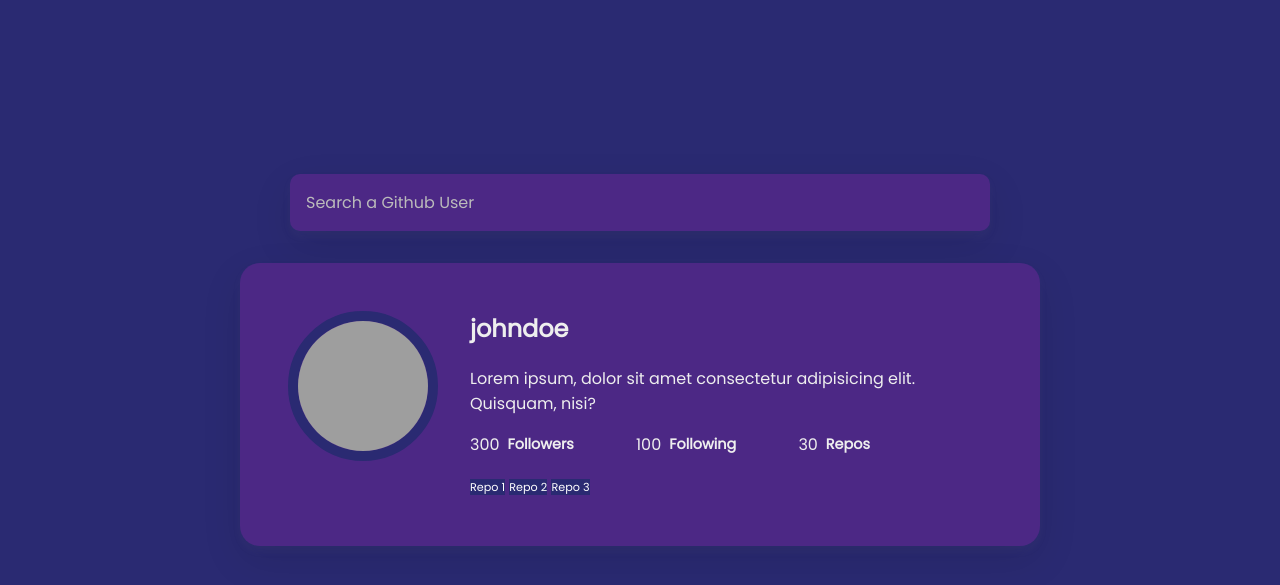
Repository: eagle-tex/50-projects-BT
Page: 28-github-profiles/index.html
The author's editor kept a copy of each file at every save. The page is drawn from the files as they stood at one save, then again after the next save.
The browser window is 1280 px wide. The pictures show the whole page.
Pictures or frames that could not be fetched are drawn as grey boxes.

Above is the page before, as saved 2021-01-23 11:10:09.

After the next save:
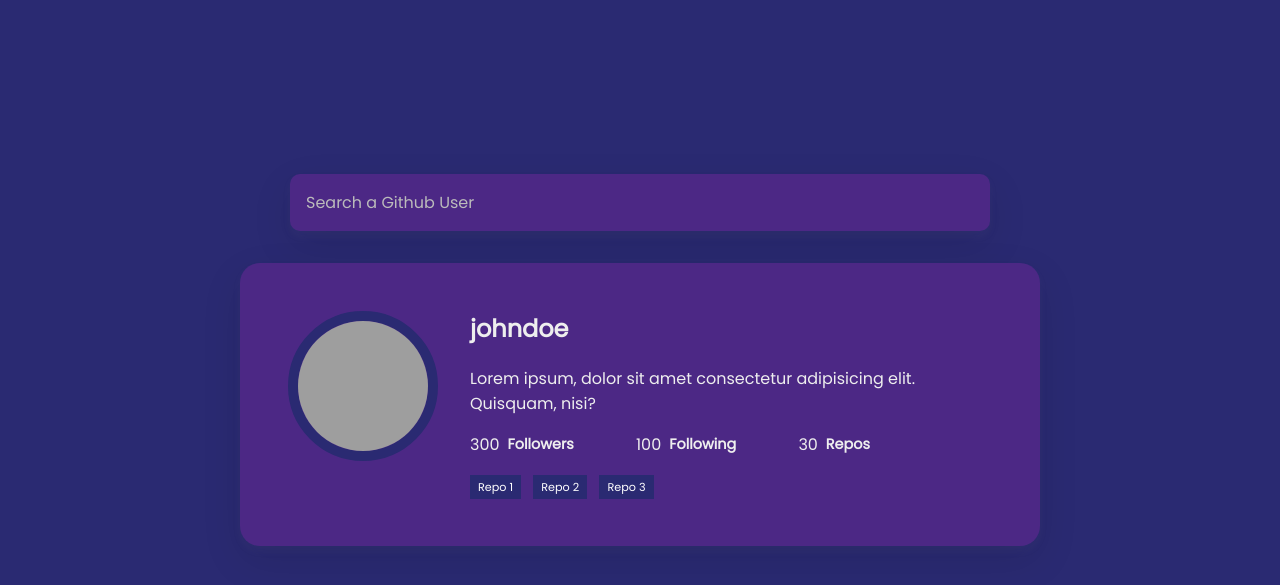
Saved 32 s later.
--- a/28-github-profiles/style.css
+++ b/28-github-profiles/style.css
@@ -112,5 +112,7 @@ body {
   color: #fff;
   background-color: var(--body-bg);
   font-size: 0.7rem;
-  p0.25rem .5rem
+  padding: 0.25rem 0.5rem;
+  margin-right: 0.5rem;
+  mb
 }
